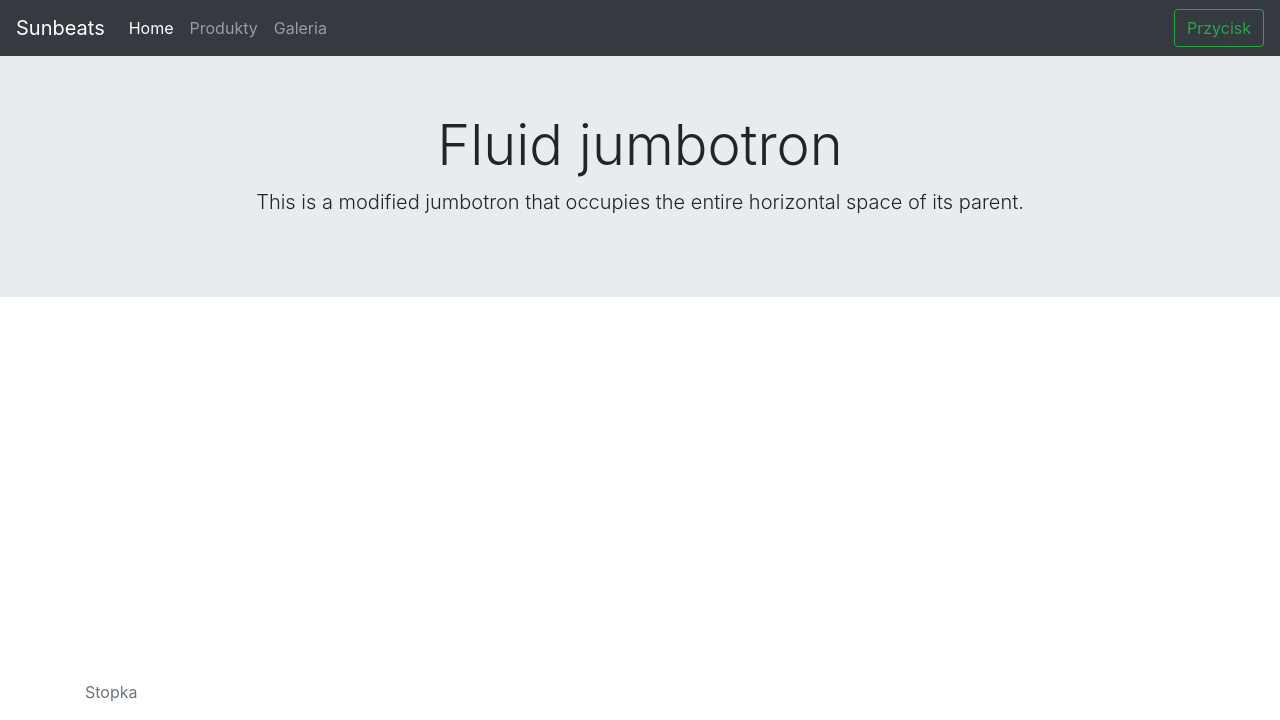
Repository: Audio-site/sunbeats
Page: index.html
The author's editor kept a copy of each file at every save. The page is drawn from the files as they stood at one save, then again after the next save.
The browser window is 1280 px wide. The pictures show the whole page.

Above is the page before, as saved 2020-08-25 00:28:40.

### index.html
<!doctype html>
<html lang="en" class="h-100">
  <head>
    <meta charset="utf-8">
    <meta name="viewport" content="width=device-width, initial-scale=1, shrink-to-fit=no">
    <meta name="description" content="">
    <meta name="author" content="Mark Otto, Jacob Thornton, and Bootstrap contributors">
    <meta name="generator" content="Jekyll v4.1.1">
    <title>Sunbeats</title>

    <link rel="canonical" href="https://getbootstrap.com/docs/4.5/examples/sticky-footer-navbar/">

    <!-- Bootstrap core CSS -->
<link href="../assets/dist/css/bootstrap.min.css" rel="stylesheet">

  </head>
  <body class="d-flex flex-column h-100">
    <header>
  <!-- Fixed navbar -->
  <nav class="navbar navbar-expand-md navbar-dark fixed-top bg-dark">
    <a class="navbar-brand" href="#">Sunbeats</a>
    <button class="navbar-toggler" type="button" data-toggle="collapse" data-target="#navbarCollapse" aria-controls="navbarCollapse" aria-expanded="false" aria-label="Toggle navigation">
      <span class="navbar-toggler-icon"></span>
    </button>
    <div class="collapse navbar-collapse" id="navbarCollapse">
      <ul class="navbar-nav mr-auto">
        <li class="nav-item active">
          <a class="nav-link" href="../index.html">Home <span class="sr-only">(current)</span></a>
        </li>
        <li class="nav-item">
          <a class="nav-link" href="../products.html">Produkty</a>
        </li>
        <li class="nav-item">
          <a class="nav-link" href="#">Galeria</a>
        </li>
      </ul>
        <button class="btn btn-outline-success my-2 my-sm-0" type="submit">Przycisk</button>
    </div>
  </nav>
</header>

<!-- Begin page content -->
<main role="main">
<div class="jumbotron jumbotron-fluid text-center my-5">
  <div class="container">
    <h1 class="display-4">Fluid jumbotron</h1>
    <p class="lead">This is a modified jumbotron that occupies the entire horizontal space of its parent.</p>
  </div>
</div>
</main>


<footer class="footer mt-auto py-3">
  <div class="container">
    <span class="text-muted">Stopka</span>
  </div>
</footer>
<script src="https://code.jquery.com/jquery-3.5.1.slim.min.js" integrity="sha384-DfXdz2htPH0lsSSs5nCTpuj/zy4C+OGpamoFVy38MVBnE+IbbVYUew+OrCXaRkfj" crossorigin="anonymous"></script>
      <script>window.jQuery || document.write('<script src="../assets/js/vendor/jquery.slim.min.js"><\/script>')</script><script src="../assets/dist/js/bootstrap.bundle.min.js"></script>
</html>

Loaded but not shown: assets/dist/css/bootstrap.min.css (library); assets/dist/js/bootstrap.bundle.min.js (library)

After the next save:
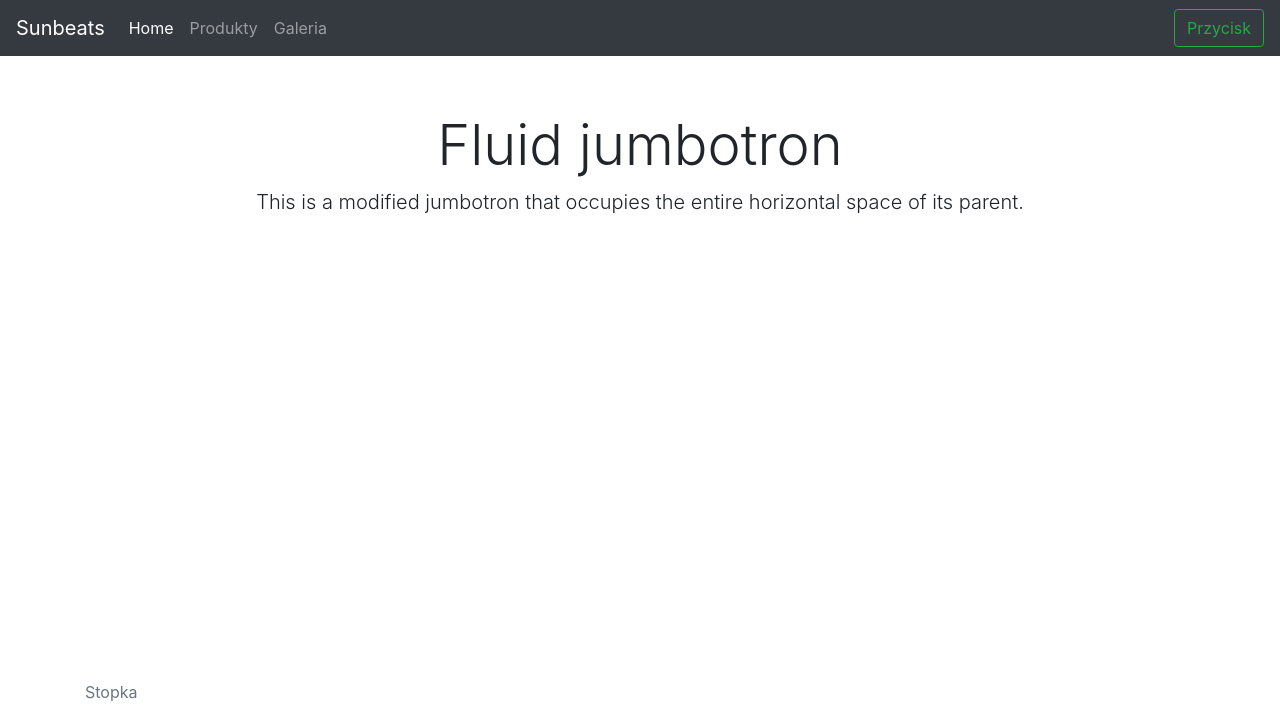
Saved 5 s later.
--- a/index.html
+++ b/index.html
@@ -41,7 +41,7 @@
 
 <!-- Begin page content -->
 <main role="main">
-<div class="jumbotron jumbotron-fluid text-center my-5">
+<div class="jumbotron jumbotron-fluid text-center my-5 bg-white">
   <div class="container">
     <h1 class="display-4">Fluid jumbotron</h1>
     <p class="lead">This is a modified jumbotron that occupies the entire horizontal space of its parent.</p>
